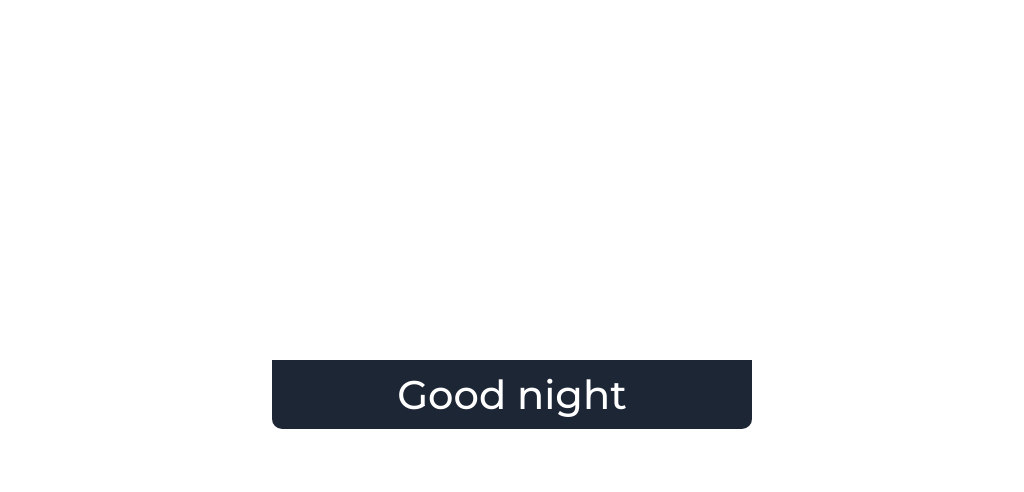
Repository: brian99na/HomePage
Page: /
An editor plug-in stored every save of this project. The page is shown before and after a run of saves, followed by the edit.
The browser window is 1024 px wide. The pictures show the whole page.
The page's requests for data from a server got no answer. The project was rebuilt for these pictures with package versions that can differ from the ones it lists, and the page was loaded fresh each time. No one was signed in, and anything a server would have sent is missing.

Above is the page before, as saved 2021-11-21 23:22:01.

### src/App.js
import { useEffect, useState } from 'react';
import './App.css';
require('dotenv').config()

function App() {
  const [userCoordinates, setUserCoordinates] = useState({})
  const [weatherData, setWeatherData] = useState({})
  const [unsplash, setUnsplash] = useState({url: '', data: []})
  const [unsplashOrientation, setUnsplashOrientation] = useState('')
  const [weatherIcon, setWeatherIcon] = useState('')
  const [locationJsx, setLocationJsx] = useState(false)
  const [time, setTime] = useState('')
  const [date, setDate] = useState('')
  const [title, setTitle] = useState('')
  const [timeConvert, setTimeConvert] = useState('')
  const [quote, setQuote] = useState([])

  const weatherObject = { 2: "11", 3: "09", 5: "10", 6: "13", 7: "50", 8: "01" }
  const five = { 0: "10", 1: "13", 2: "09", 3: "09" }
  const eight = { 1: "02", 2: "03", 3: "04", 4: "04" }

  const weatherApiCall = () => {
    fetch(`https://api.openweathermap.org/data/2.5/weather?lat=${userCoordinates.lat}&lon=${userCoordinates.long}&appid=${process.env.REACT_APP_WEATHER_KEY}&units=imperial`)
    .then(res => res.json())
    .then(data => setWeatherData(data))
  }

  const unsplashApiCall = () => {
    fetch(`https://api.unsplash.com/photos/random?client_id=${process.env.REACT_APP_UNSPLASH_KEY}&orientation=${unsplashOrientation}`)
    .then(res => res.json())
    .then(data => setUnsplash({url: data.urls.raw, data: data}))
  }

  const quoteApiCall = () => {
    fetch('https://zenquotes.io/api/today')
    .then(res => res.json())
    .then(data => setQuote(data))
    .catch((err) => console.log(err))
  }

  const setDimensions = () => {
    if (Number(window.innerWidth > window.innerHeight)) {
      setUnsplashOrientation('landscape')
    } else {
      setUnsplashOrientation('portrait')
    };
  }

  const weatherIconFunction = () => {
    if (((weatherData||{}).weather||[])[0]) {
      let weatherId = weatherData.weather[0].id.toString()
      let dayNight = 'd'
      if (Number(time.split(':').join('')) > 1800 || Number(time.split(':').join('')) < 600){
        dayNight = 'n'
      }
      if (weatherId.slice(0,1) === 5) {
        setWeatherIcon(`http://openweathermap.org/img/wn/${five[weatherId.slice(1,2)]}${dayNight}@4x.png`)
      } else if (weatherId.slice(0,1) === 8) {
        setWeatherIcon(`http://openweathermap.org/img/wn/${eight[weatherId.slice(2,3)]}${dayNight}@4x.png`)
      } else {
        setWeatherIcon(`http://openweathermap.org/img/wn/${weatherObject[weatherId.slice(0,1)]}${dayNight}@4x.png`)
      }
    }
  }

  const titleFunction = () => {
    let timeNum = Number(time.slice(0, 2))
    console.log(timeNum)
    if (timeNum >= 18 || timeNum < 5) {
      setTitle('Good night')
    } else if (timeNum >= 5 & timeNum < 12) {
      setTitle('Good morning')
    } else if (timeNum >= 12 & timeNum < 18) {
      setTitle('Good afternoon')
    }
  }

  useEffect(() => {
    if ("geolocation" in navigator) {
      navigator.geolocation.getCurrentPosition(function(position) {
        setUserCoordinates({lat: position.coords.latitude, long: position.coords.longitude})
      });
    } else {
      console.log("Not Available");
    };
    setDimensions()
    quoteApiCall()
  }, [])

  useEffect(() => {
    unsplashApiCall();
  }, [unsplashOrientation])

  useEffect(() => {
    weatherApiCall()
  }, [userCoordinates])

  useEffect(() => {
    weatherIconFunction()
    setLocationJsx(true)
  }, [weatherData])

  useEffect(() => {
    titleFunction()
  }, [time])

  useEffect(() => {
    const interval = setInterval(() => {
      const today = new Date()
      let minutes = ('0'+ (today.getMinutes())).slice(-2)
      let hour = ('0'+ (today.getHours())).slice(-2)
      setTime(hour + ':' + minutes);
      setDate((today.getMonth()+1) + '-' + today.getDate());
      if (Number(hour) > 12) {
        let afternoonTime = ((Number(hour)-12).toString()) + ':' + minutes + ' PM'
        console.log(afternoonTime)
        setTimeConvert(afternoonTime)
      } else if (Number(hour) === 12){
        let noonTime = hour + ':' + minutes + ' PM'
        setTimeConvert(noonTime)
      } else {
        let morningTime = hour + ':' + minutes + ' AM'
        setTimeConvert(morningTime)
      }
    }, 1000)
    return () => clearInterval(interval)
  }, [])

  const weatherLink = weatherData && `https://www.google.com/search?q=${weatherData.name}+weather`

  const weatherJsx = (weatherData && weatherIcon && weatherData.main) &&
  <a href={weatherLink} target='_blank' rel="noreferrer" className='weatherMain'>
    <div>
        <img className='weatherIcon' src={weatherIcon} alt='weather_icon'/>
    </div>
    <div className='weatherDetails1'>
      <h2 className='weatherTemp'>{weatherData.main.temp.toFixed()}°F</h2>
      <h2>{weatherData.weather[0].description}</h2>
    </div>
  </a>

  const unsplashJsx = (unsplash.data && unsplash.data.links) &&
  <div className='quoteUnder'>
    <a href={unsplash.data.links.html}>
      {unsplash.data.location.name ? <h1>{unsplash.data.location.name}</h1> : <h1>Full picture here</h1>}
    </a>
  </div>

  // console.log(userCoordinates)
  console.log(weatherIcon)
  console.log(weatherData)

  const titleBackColor = (title === 'Good night') ? 'rgb(29, 38, 53)' : null

  console.log(unsplash.data)
  console.log(quote)

  return (
    <div style={{ backgroundImage: `url(${unsplash.url})` }} className="App">
      <div className='weatherJsxUpper'>
        {weatherData.weather ? weatherJsx : <h1>Loading...</h1>}
      </div>
      <div className='titleUpper'>
        {timeConvert ? <h1 className='titleTime'>{timeConvert}</h1> : <h1>Loading...</h1>}
        {title ? <h1 style={{backgroundColor: titleBackColor}}className='titleText'>{title}</h1> : <h1>Loading...</h1>}
      </div>
      <div className='quoteUpper'>
        {unsplashJsx}
      </div>
    </div>
  );
}

export default App;

### src/App.css
@import url('https://fonts.googleapis.com/css2?family=Montserrat:wght@100;300;400;500;900&display=swap');
* {
  padding: 0;
  margin: 0;
  font-family: 'Montserrat', sans-serif;
  color: white;
}

a {
  text-decoration: none;
}

.App {
  height: 100vh;
  background-size: cover;
  display: flex;
  flex-direction: column;
  align-items: center;
  background-position: center;
}

.weatherJsxUpper {
  height: 33.33vh;
  width: 80vw;
  display: flex;
  justify-content: flex-end;
  align-items: center;
}

.weatherMain {
  display: flex;
  justify-content: center;
  align-items: center;
  height: fit-content;
  backdrop-filter: blur(0px);
  transition: 0.5s ease-in-out;
  border-radius: 20px;
  border: 1px solid rgb(240, 240, 240);
  transform: scale(1);
}

.weatherMain:hover {
  backdrop-filter: blur(5px);
  transform: scale(1.02);
}

.weatherDetails1 {
  display: flex;
  flex-direction: column;
  font-size: 14px;
  padding: 3em 3em 3em 0 ;
}

.weatherTemp {
  font-size: 50px;
}


.titleUpper {
  height: 33.33vh;
  display: flex;
  flex-direction: column;
  align-items: center;
  justify-content: center;
  width: 100%;
}

.titleTime {
  font-size: 100px;
  backdrop-filter: blur(15px);
  width: 45%;
  text-align: center;
  border-radius: 10px 10px 0 0;
  padding: 20px;
}

.titleText {
  text-align: center;
  width: 45%;
  font-size: 70px;
  font-weight: 500;
  border-radius: 0 0 10px 10px;
  padding: 20px;
}

.titleTextBg {
  background-color: rgb(0, 0, 0);
}

.quoteUpper {
  height: 33vh;
  width: 100vw;
  display: flex;
  justify-content: flex-start;
  align-items: center;
}

.quoteUnder {
  width: 30%;
  display: flex;
  justify-content: center;
  align-items: center;
  border-radius: 10px;
}

.quoteUnder a {
  padding: 1em;
  backdrop-filter: blur(0px);
  border-radius: 10px;
  width: 50%;
  border: 1px solid rgb(240, 240, 240);
  transition: 0.5s ease-in-out;
}

.quoteUnder a:hover {
  background-color: rgb(204, 204, 204, 0.2);
  padding: 1em;
  transform: scale(1.03);
  border-radius: 10px;
  backdrop-filter: blur(5px);

}

@media only screen and (max-width: 1024px) {
  .titleUpper h1 {
    font-size: 40px;
    padding: 10px;
  }
}

@media only screen and (max-width: 768px) {
  .titleUpper h1 {
    font-size: 40px;
    padding: 10px;
  }

  .weatherJsxUpper {
    justify-content: center;
  }

  .quoteUpper {
    justify-content: center;
  }

  .quoteUnder {
    width: 100%;
  }

  .titleUpper {
    flex-direction: row;
  }

  .quoteUnder a {
    border: none;
    width: 100%;
    text-align: center;
    backdrop-filter: blur(5px);
  }

  .weatherMain {
    border: none;
    backdrop-filter: blur(35px);
    border-radius: 0;
    width: 100%;
  }

  .weatherJsxUpper {
    width: 100%;
  }

  .weatherIcon {
    width: 70%;
  }

  .weatherDetails1 {
    padding: 0;
  }
}

Loaded but not shown: public/index.html (common file); src/index.js (common file)

After the next 4 saves:
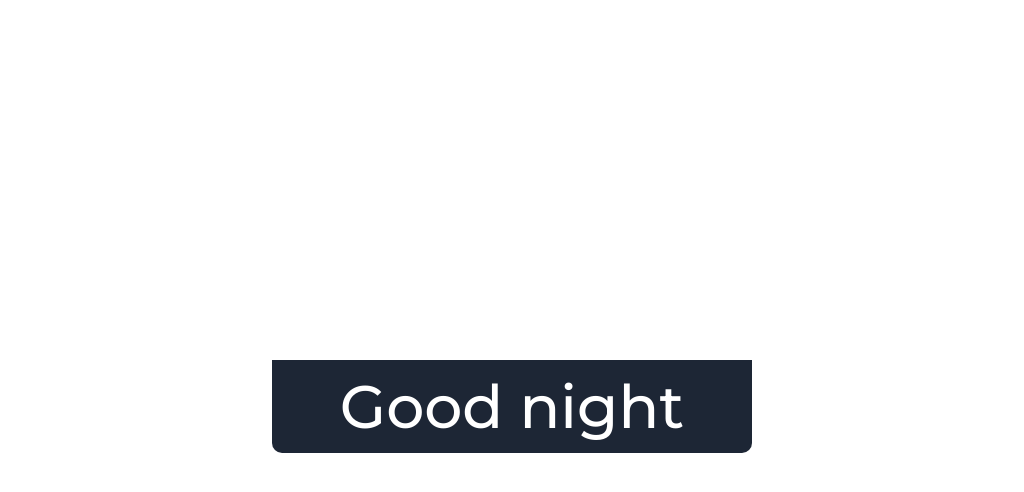
The 4 saves are shown as one change because they came seconds apart.
The last was saved 10 s later.
--- a/src/App.css
+++ b/src/App.css
@@ -123,7 +123,7 @@ a {
 
 @media only screen and (max-width: 1024px) {
   .titleUpper h1 {
-    font-size: 40px;
+    font-size: 60px;
     padding: 10px;
   }
 }
